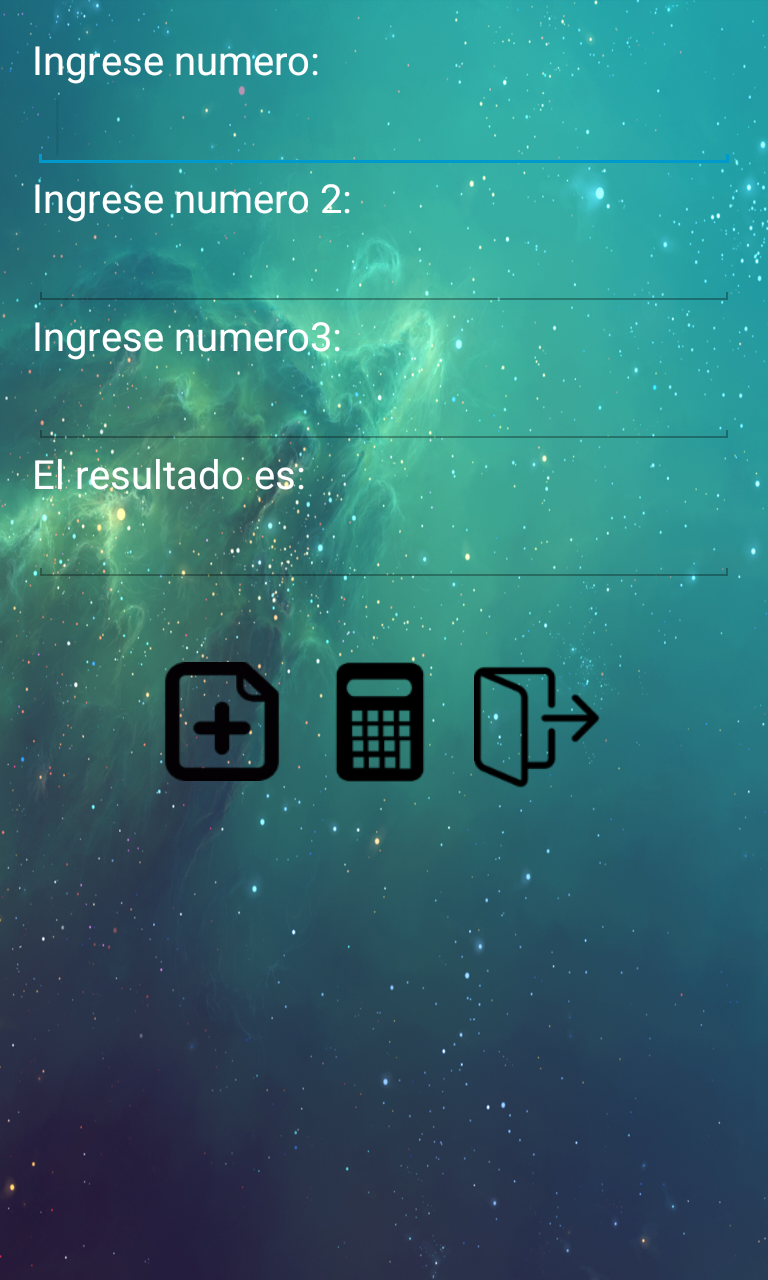
Repository: sherildyasmin06/ServiceAndroid
Layout: AplicacionAndroid/Servicio01/res/layout/activity_sumatoria.xml
The author's editor kept a copy of each file at every save. The layout is drawn from the files as they stood at one save, then again after the next save.
It is drawn on a 768 x 1280 px phone screen (xhdpi) without system bars, with theme AppTheme; the app's code is not run.

Above is the layout before, as saved 2017-12-06 16:05:21.

### AplicacionAndroid/Servicio01/res/layout/activity_sumatoria.xml
<RelativeLayout xmlns:android="http://schemas.android.com/apk/res/android"
    xmlns:tools="http://schemas.android.com/tools"
    android:layout_width="match_parent"
    android:layout_height="match_parent"
    android:background="@drawable/fondo"
    android:paddingBottom="@dimen/activity_vertical_margin"
    android:paddingLeft="@dimen/activity_horizontal_margin"
    android:paddingRight="@dimen/activity_horizontal_margin"
    android:paddingTop="@dimen/activity_vertical_margin"
    tools:context=".Sumatoria" >

    <LinearLayout
        android:id="@+id/linearLayout1"
        android:layout_width="match_parent"
        android:layout_height="wrap_content"
        android:layout_alignParentTop="true"
        android:layout_centerHorizontal="true"
        android:orientation="vertical" >

        <TextView
            android:id="@+id/textView1"
            android:layout_width="wrap_content"
            android:layout_height="wrap_content"
            android:text="@string/num1"
            android:textColor="@color/colortextview"
            android:textSize="@dimen/tamanotextview" />

        <EditText
            android:id="@+id/tnum1"
            android:layout_width="match_parent"
            android:layout_height="wrap_content"
            android:ems="10"
            android:inputType="number"
            android:textColor="@color/colorcuadros"
            android:textSize="@dimen/tamanocuadros" >

            <requestFocus />
        </EditText>

        <TextView
            android:id="@+id/textView2"
            android:layout_width="wrap_content"
            android:layout_height="wrap_content"
            android:text="@string/num2"
            android:textColor="@color/colortextview"
            android:textSize="@dimen/tamanotextview" />

        <EditText
            android:id="@+id/tnum2"
            android:layout_width="match_parent"
            android:layout_height="wrap_content"
            android:ems="10"
            android:inputType="number"
            android:textColor="@color/colorcuadros"
            android:textSize="@dimen/tamanocuadros" />

        <TextView
            android:id="@+id/textView3"
            android:layout_width="wrap_content"
            android:layout_height="wrap_content"
            android:text="@string/num3"
            android:textColor="@color/colortextview"
            android:textColorHint="@color/colortextview"
            android:textSize="@dimen/tamanotextview" />

        <EditText
            android:id="@+id/tnum3"
            android:layout_width="match_parent"
            android:layout_height="wrap_content"
            android:ems="10"
            android:inputType="number"
            android:textColor="@color/colorcuadros"
            android:textSize="@dimen/tamanocuadros" />

        <TextView
            android:id="@+id/textView4"
            android:layout_width="wrap_content"
            android:layout_height="wrap_content"
            android:text="@string/nresultado"
            android:textColor="@color/colortextview"
            android:textSize="@dimen/tamanotextview" />

        <EditText
            android:id="@+id/tsumatoria"
            android:layout_width="match_parent"
            android:layout_height="wrap_content"
            android:ems="10"
            android:inputType="numberDecimal"
            android:textColor="@color/colorcuadros"
            android:textSize="@dimen/tamanocuadros" />

    </LinearLayout>

    <LinearLayout
        android:layout_width="wrap_content"
        android:layout_height="wrap_content"
        android:layout_below="@+id/linearLayout1"
        android:layout_centerHorizontal="true"
        android:layout_marginTop="35dp" >

        <Button
            android:id="@+id/btnnuevo2"
            android:layout_width="wrap_content"
            android:layout_height="wrap_content"
            android:background="@drawable/nuevo" />

        <Button
            android:id="@+id/btncalcular2"
            android:layout_width="wrap_content"
            android:layout_height="wrap_content"
            android:layout_marginLeft="15dp"
            android:background="@drawable/calcular" />

        <Button
            android:id="@+id/btnsalir2"
            android:layout_width="wrap_content"
            android:layout_height="wrap_content"
            android:layout_marginLeft="15dp"
            android:background="@drawable/salir" />

    </LinearLayout>

</RelativeLayout>

### AplicacionAndroid/Servicio01/res/values/dimens.xml
<resources>

    <!-- Default screen margins, per the Android Design guidelines. -->
    <dimen name="activity_horizontal_margin">16dp</dimen>
    <dimen name="activity_vertical_margin">16dp</dimen>
    <dimen name="tamanobotones">30dp</dimen>
    <drawable name="fondobotones">@drawable/fondo01</drawable>
    <drawable name="fondofactorial">@drawable/fondo02</drawable>
    <color name="colortextview">#FFFFFF</color>
    <dimen name="tamanotextview">20dp</dimen>
    <color name="colorcuadros">#ffff00</color>
    <dimen name="tamanocuadros">20dp</dimen>
    <drawable name="fondoboton01">@drawable/nuevo</drawable>
    <drawable name="fondoboton02">@drawable/calcular</drawable>
    <drawable name="fondoboton03">@drawable/salir</drawable>

</resources>

### AplicacionAndroid/Servicio01/res/values/strings.xml
<?xml version="1.0" encoding="utf-8"?>
<resources>

    <string name="app_name">Principal</string>
    <string name="action_settings">Settings</string>
    <string name="hello_world">Hello world!</string>
    <string name="bfactorial">FACTORIAL</string>
    <string name="bsumatoria">SUMATORIA</string>
    <string name="btriangulo">TRIANGULO</string>
    <string name="bsalir">SALIR</string>
    <string name="title_activity_factorial">Factorial</string>
    <string name="tnumero">INGRESE NUMERO:</string>
    <string name="tfactorial">EL FACTORIAL ES:</string>
    <string name="title_activity_sumatoria">Suma de Numeros</string>
    <string name="num1">Ingrese numero:</string>
    <string name="num2">Ingrese numero 2:</string>
    <string name="num3">Ingrese numero3:</string>
    <string name="nresultado">El resultado es:</string>
    <string name="title_activity_triangulo">Triangulo</string>
    <string name="base">INGRESE LA BASE:</string>
    <string name="altura">INGRESE LA ALTURA</string>
    <string name="resultado">EL RESULTADO ES:</string>

</resources>

Loaded but not shown: AplicacionAndroid/Servicio01/res/values/styles.xml (common file); AplicacionAndroid/Servicio01/res/values-v11/styles.xml (common file); AplicacionAndroid/Servicio01/res/values-v14/styles.xml (common file)

After the next save:
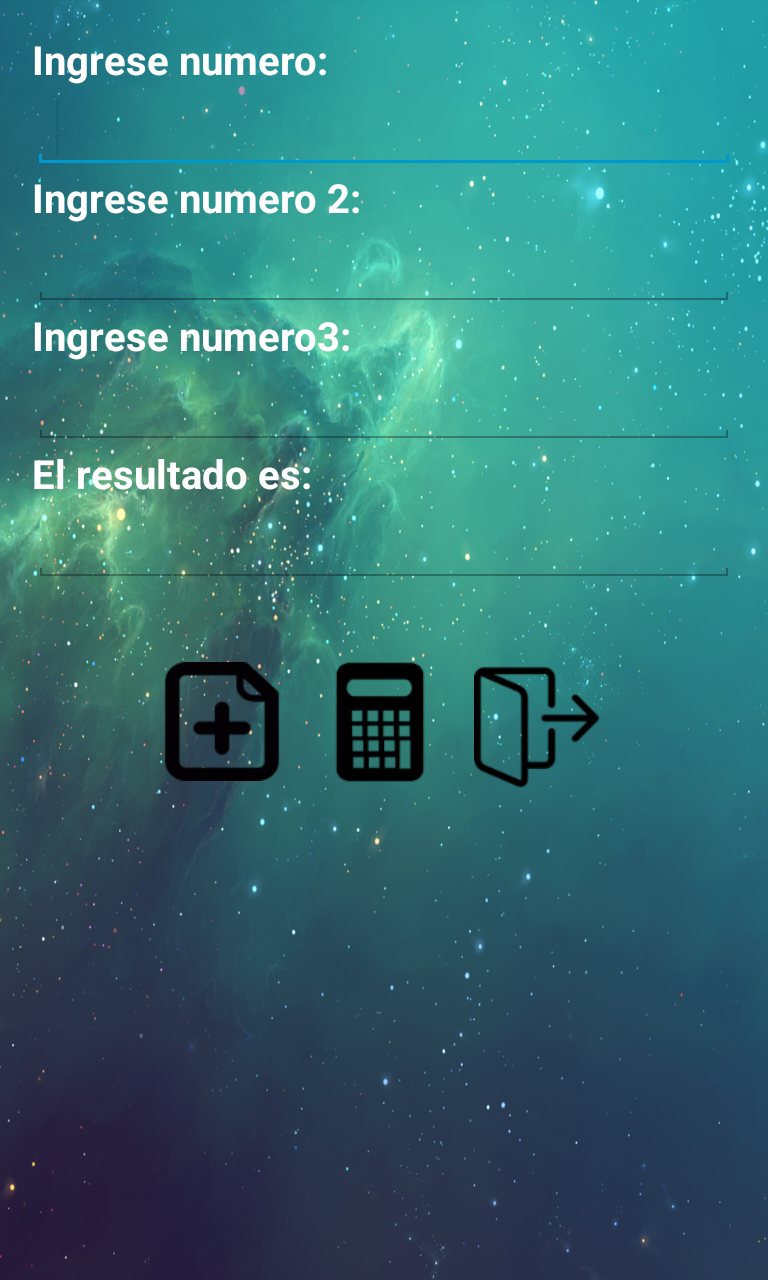
Saved 7 h 50 min later.
--- a/AplicacionAndroid/Servicio01/res/layout/activity_sumatoria.xml
+++ b/AplicacionAndroid/Servicio01/res/layout/activity_sumatoria.xml
@@ -23,7 +23,8 @@
             android:layout_height="wrap_content"
             android:text="@string/num1"
             android:textColor="@color/colortextview"
-            android:textSize="@dimen/tamanotextview" />
+            android:textSize="@dimen/tamanotextview"
+            android:textStyle="bold" />
 
         <EditText
             android:id="@+id/tnum1"
@@ -43,7 +44,8 @@
             android:layout_height="wrap_content"
             android:text="@string/num2"
             android:textColor="@color/colortextview"
-            android:textSize="@dimen/tamanotextview" />
+            android:textSize="@dimen/tamanotextview"
+            android:textStyle="bold" />
 
         <EditText
             android:id="@+id/tnum2"
@@ -61,7 +63,8 @@
             android:text="@string/num3"
             android:textColor="@color/colortextview"
             android:textColorHint="@color/colortextview"
-            android:textSize="@dimen/tamanotextview" />
+            android:textSize="@dimen/tamanotextview"
+            android:textStyle="bold" />
 
         <EditText
             android:id="@+id/tnum3"
@@ -78,7 +81,8 @@
             android:layout_height="wrap_content"
             android:text="@string/nresultado"
             android:textColor="@color/colortextview"
-            android:textSize="@dimen/tamanotextview" />
+            android:textSize="@dimen/tamanotextview"
+            android:textStyle="bold" />
 
         <EditText
             android:id="@+id/tsumatoria"
